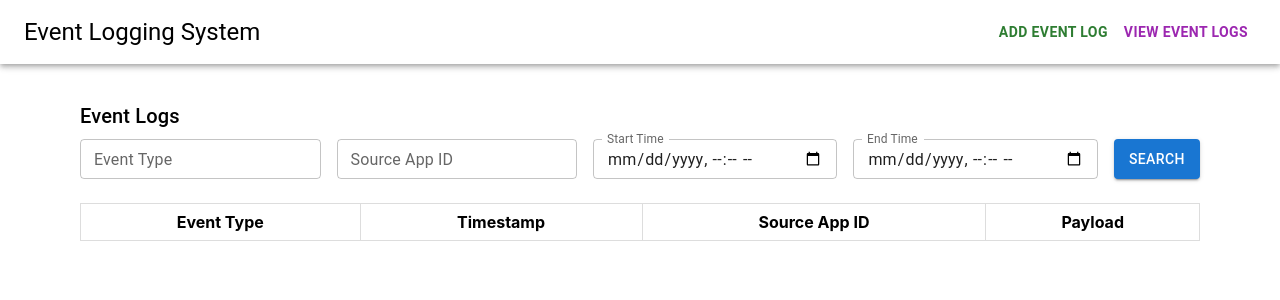
Repository: sayan0fficial/ErrorLogSys
Page: /viewlogs (app in frontend/)
An editor plug-in stored every save of this project. The page is shown before and after a run of saves, followed by the edit.
The browser window is 1280 px wide. The pictures show the whole page.
The page's requests for data from a server got no answer. The project was rebuilt for these pictures with package versions that can differ from the ones it lists, and the page was loaded fresh each time. No one was signed in, and anything a server would have sent is missing. Also part of the build but not shown: frontend/src/components/eventLogForm.js.

Above is the page before, as saved 2024-11-25 05:56:10.

After the next 3 saves:
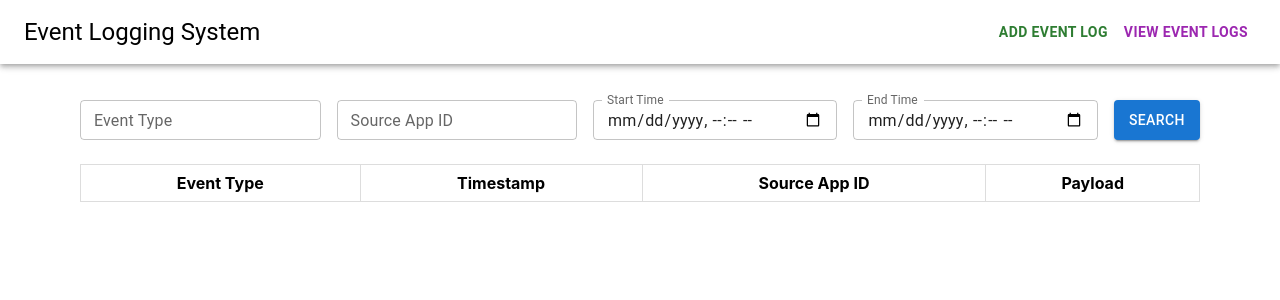
The 3 saves are shown as one change because they came seconds apart.
The last was saved 17 s later.
--- a/frontend/src/components/eventLogList.js
+++ b/frontend/src/components/eventLogList.js
@@ -46,10 +46,6 @@ const EventLogList = () => {
 
   return (
     <Box sx={{ padding: 2 }}>
-      <Typography variant="h6" gutterBottom>
-        Event Logs
-      </Typography>
-
       {/* Filters */}
       <Box sx={{ display: 'flex', gap: 2, marginBottom: 3 }}>
         <TextField
